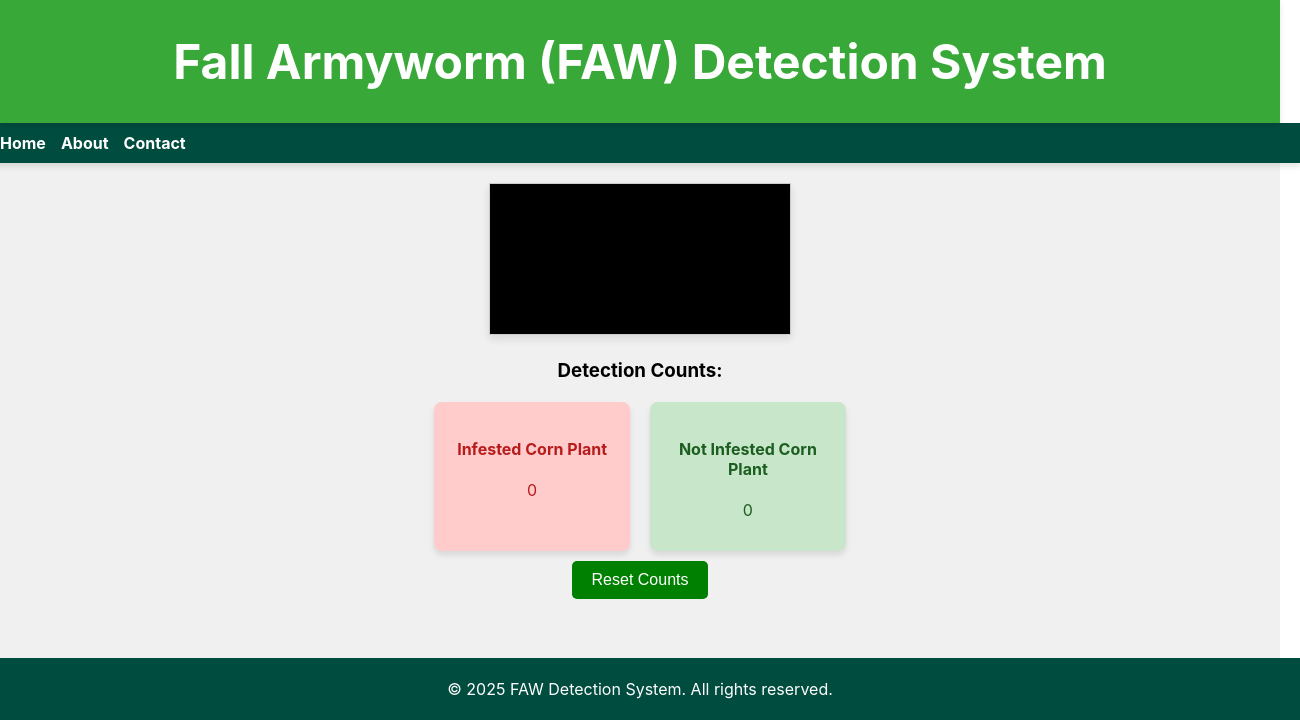
Repository: jansen223/faw-detection-main
Page: /
An editor plug-in stored every save of this project. The page is shown before and after the next save, followed by the edit.
The browser window is 1280 px wide. The page is 1300 px wide, so the pictures cover 1300 px, including what lies to the right of the window. The pictures show the whole page.
The page's requests for data from a server got no answer. The project was rebuilt for these pictures with package versions that can differ from the ones it lists, and the page was loaded fresh each time. No one was signed in, and anything a server would have sent is missing.

Above is the page before, as saved 2025-04-10 00:30:40.

### public/index.html
<!DOCTYPE html>
<html lang="en">
<head>
  <meta charset="utf-8" />
  <link rel="icon" href="%PUBLIC_URL%/maize_icon.jpg" />
  <meta name="viewport" content="width=device-width, initial-scale=1" />
  <meta name="theme-color" content="#000000" />
  <meta name="description" content="FAW Detection Web Interface" />
  <title>FAW Detection</title>
</head>
<body>
  <noscript>You need to enable JavaScript to run this app.</noscript>
  <div id="root"></div>
</body>
</html>

### src/App.js
import React, { useEffect, useRef } from 'react';
import { BrowserRouter as Router, Routes, Route, Link } from 'react-router-dom';
import io from 'socket.io-client';
import './App.css';

function Home({ canvasRef, counts, resetCounts }) {
  return (
    <div>
      <canvas ref={canvasRef} style={{ maxWidth: '100%', border: '1px solid #ccc' }} />
      <div style={{ marginTop: 20 }}>
        <h3>Detection Counts:</h3>
        <div className="detection-cards">
          <div className="card infested">
            <h4>Infested Corn Plant</h4>
            <p>{counts.infested}</p>
          </div>
          <div className="card not-infested">
            <h4>Not Infested Corn Plant</h4>
            <p>{counts.notInfested}</p>
          </div>
        </div>
        <button onClick={resetCounts} className="reset-button">
          Reset Counts
        </button>
      </div>
    </div>
  );
}

function About() {
  return (
    <div style={{ padding: '20px' }}>
      <h2>About</h2>
      <p>This web app is designed to detect Fall Armyworm infestations in corn plants using a live camera feed and machine learning.</p>
    </div>
  );
}

function Contact() {
  return (
    <div style={{ padding: '20px' }}>
      <h2>Contact</h2>
      <p>For inquiries, please contact us at <a href="mailto:support@fawdetection.com">support@fawdetection.com</a>.</p>
    </div>
  );
}

function App() {
  const canvasRef = useRef(null);
  const socketRef = useRef(null);
  const [counts, setCounts] = React.useState({ infested: 0, notInfested: 0 });

  useEffect(() => {
    // Connect to Flask server
    socketRef.current = io('http://192.168.0.17:5000');

    // Handle video frames
    socketRef.current.on('video_frame', (data) => {
      const img = new Image();
      img.src = `data:[embedded picture, 38 characters]

      img.onload = () => {
        const canvas = canvasRef.current;
        if (!canvas) return;
        const ctx = canvas.getContext('2d');
        canvas.width = img.width;
        canvas.height = img.height;
        ctx.drawImage(img, 0, 0);
      };
    });

    // Handle detection counts
    socketRef.current.on('detection_counts', (data) => {
      setCounts({
        infested: data.infested_count,
        notInfested: data.not_infested_count
      });
    });

    return () => {
      if (socketRef.current) socketRef.current.disconnect();
    };
  }, []);

  const resetCounts = async () => {
    try {
      const response = await fetch('http://192.168.0.17:5000/reset_counts', {
        method: 'POST',
      });
      const data = await response.json();
      if (data.message) {
        setCounts({ infested: 0, notInfested: 0 });
        alert(data.message);
      }
    } catch (error) {
      console.error('Error resetting counts:', error);
    }
  };

  return (
    <Router>
      <div className="App">
        <header className="App-header">
          <h1>Fall Armyworm (FAW) Detection System</h1>
        </header>
        <nav className="App-navbar">
          <ul>
            <li><Link to="/">Home</Link></li>
            <li><Link to="/about">About</Link></li>
            <li><Link to="/contact">Contact</Link></li>
          </ul>
        </nav>
        <Routes>
          <Route path="/" element={<Home canvasRef={canvasRef} counts={counts} resetCounts={resetCounts} />} />
          <Route path="/about" element={<About />} />
          <Route path="/contact" element={<Contact />} />
        </Routes>
        <footer className="App-footer">
          <p>&copy; 2025 FAW Detection System. All rights reserved.</p>
        </footer>
      </div>
    </Router>
  );
}

export default App;

### src/App.css
body {
  margin: 0;
  padding: 0;
}

.App {
  text-align: center;
  background-color: #f0f0f0;
  min-height: 100vh;
  display: flex;
  flex-direction: column;
  align-items: center;
}

canvas {
  box-shadow: 0 4px 8px rgba(0,0,0,0.1);
  background: black; /* Shows while loading */
  margin-top: 20px;
}

.stats {
  margin-top: 20px;
  padding: 15px;
  background: white;
  border-radius: 8px;
  box-shadow: 0 2px 4px rgba(0,0,0,0.1);
}

.App-logo {
  height: 40vmin;
  pointer-events: none;
}

@media (prefers-reduced-motion: no-preference) {
  .App-logo {
    animation: App-logo-spin infinite 20s linear;
  }
}

.App-header {
  background-color: rgba(9, 151, 9, 0.795);
  color: white;
  text-align: center;
  font-size: 1.5rem;
  font-weight: bold;
  box-shadow: 0 4px 6px rgba(0, 0, 0, 0.1);
  position: sticky;
  top: 0;
  z-index: 1000;
  width: 100%;
  margin: 0; /* Ensure no margin around the header */
  box-sizing: border-box; /* Include padding in width calculation */
}

.App-link {
  color: #61dafb;
}

@keyframes App-logo-spin {
  from {
    transform: rotate(0deg);
  }
  to {
    transform: rotate(360deg);
  }
}

.reset-button {
  margin-top: 10px;
  padding: 10px 20px;
  background-color: green;
  color: white;
  border: none;
  border-radius: 5px;
  cursor: pointer;
  font-size: 1rem;
  transition: background-color 0.3s ease;
}

.reset-button:hover {
  background-color: darkgreen;
}

.App-navbar {
  background-color: #004d40;
  color: white;
  padding: 10px 20px;
  position: sticky;
  display: flex;
  justify-content: space-between;
  align-items: center;
  box-shadow: 0 4px 6px rgba(0, 0, 0, 0.1);
  width: 100%;
}

.App-navbar ul {
  list-style: none;
  display: flex;
  gap: 15px;
  margin: 0;
  padding: 0;
}

.App-navbar a {
  color: white;
  text-decoration: none;
  font-weight: bold;
}

.App-navbar a:hover {
  text-decoration: underline;
}

.detection-cards {
  display: flex;
  gap: 20px;
  margin-top: 20px;
}

.card {
  padding: 15px;
  border-radius: 8px;
  box-shadow: 0 4px 6px rgba(0, 0, 0, 0.1);
  text-align: center;
  flex: 1;
  transition: transform 0.3s ease;
}

.card:hover {
  transform: scale(1.05);
}

.card.infested {
  background-color: #ffcccb;
  color: #b71c1c;
}

.card.not-infested {
  background-color: #c8e6c9;
  color: #1b5e20;
}

.App-footer {
  background-color: #004d40;
  color: white;
  padding: 5px 20px;
  text-align: center;
  position: fixed;
  bottom: 0;
  width: 100%;
}

.App-content {
  margin-left: 20px; /* Adjust this value as needed */
  padding-left: 20px; /* Optional: Add padding for better spacing */
}

Loaded but not shown: src/index.js (common file); src/index.css (common file); src/reportWebVitals.js (common file)

After the next save:
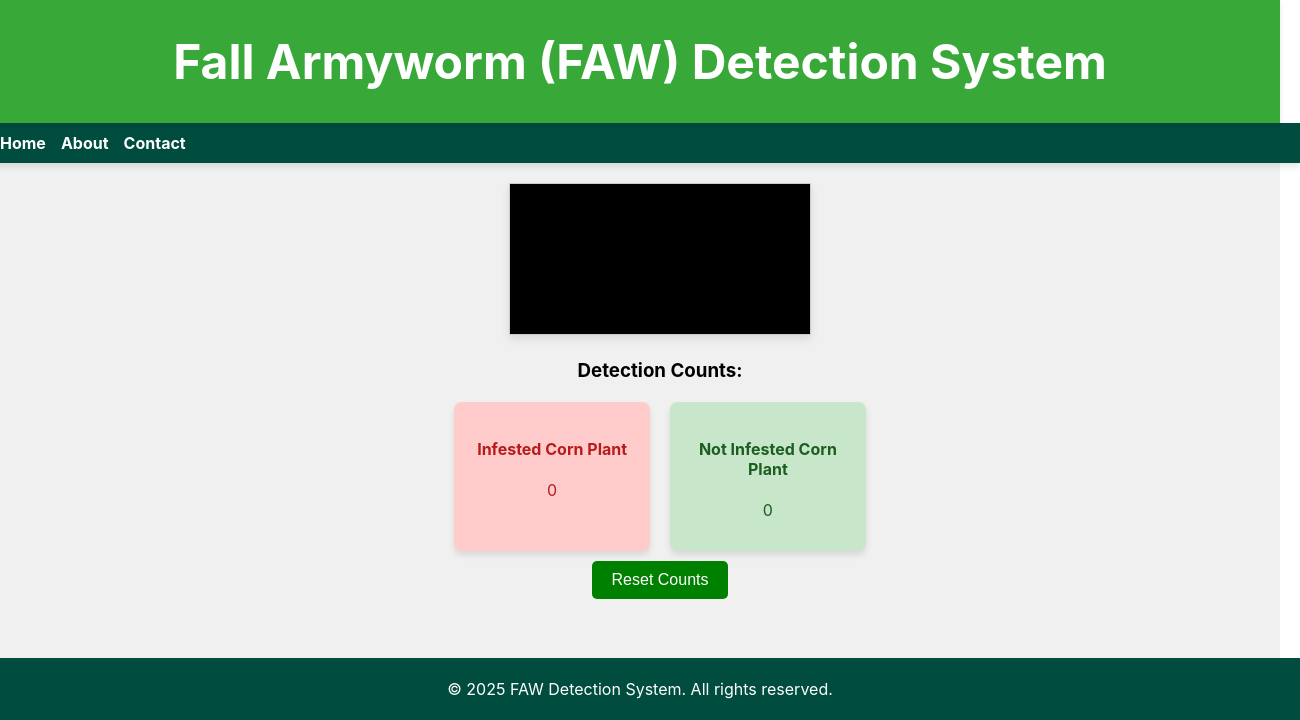
Saved 27 s later.
--- a/src/App.js
+++ b/src/App.js
@@ -5,7 +5,7 @@ import './App.css';
 
 function Home({ canvasRef, counts, resetCounts }) {
   return (
-    <div>
+    <div className="App-content">
       <canvas ref={canvasRef} style={{ maxWidth: '100%', border: '1px solid #ccc' }} />
       <div style={{ marginTop: 20 }}>
         <h3>Detection Counts:</h3>
@@ -29,7 +29,7 @@ function Home({ canvasRef, counts, resetCounts }) {
 
 function About() {
   return (
-    <div style={{ padding: '20px' }}>
+    <div className="App-content" style={{ padding: '20px' }}>
       <h2>About</h2>
       <p>This web app is designed to detect Fall Armyworm infestations in corn plants using a live camera feed and machine learning.</p>
     </div>
@@ -38,7 +38,7 @@ function About() {
 
 function Contact() {
   return (
-    <div style={{ padding: '20px' }}>
+    <div className="App-content" style={{ padding: '20px' }}>
       <h2>Contact</h2>
       <p>For inquiries, please contact us at <a href="mailto:support@fawdetection.com">support@fawdetection.com</a>.</p>
     </div>
